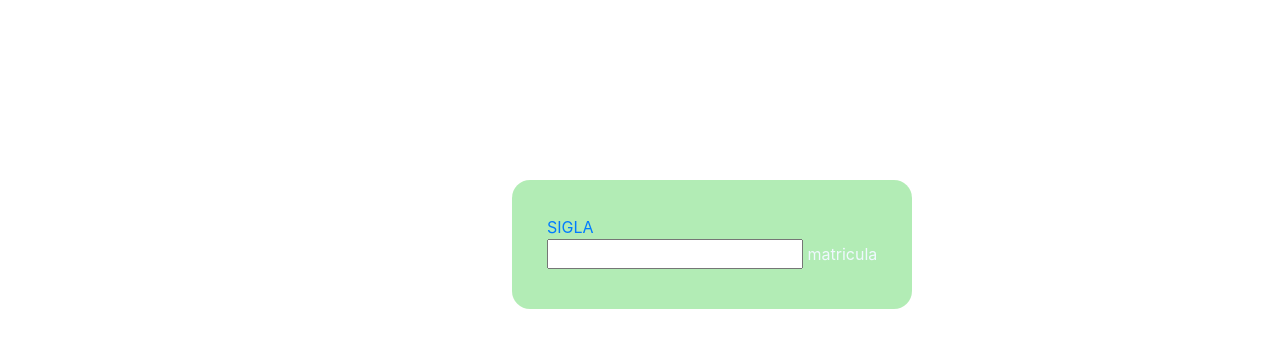
Repository: Melancia06/agenda
Page: index.html
These files come from the project's save history. The page is drawn as it stood at one moment and after the next save; the edit follows.
The browser window is 1280 px wide. The pictures show the whole page.

Above is the page before, as saved 2024-08-08 09:26:28.

After the next save:
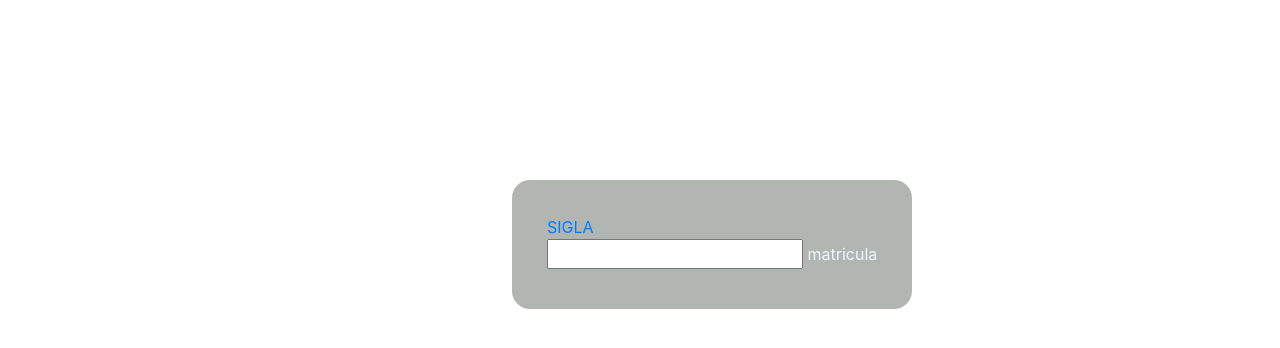
Saved 16 s later.
--- a/css/css.css
+++ b/css/css.css
@@ -1,6 +1,6 @@
 .marca{
     position: absolute;
-   background-color:rgba(0, 192, 10, 0.3);
+   background-color:rgba(0, 15, 1, 0.3);
    left: 40%;
    top: 25%;
     padding: 35px;
